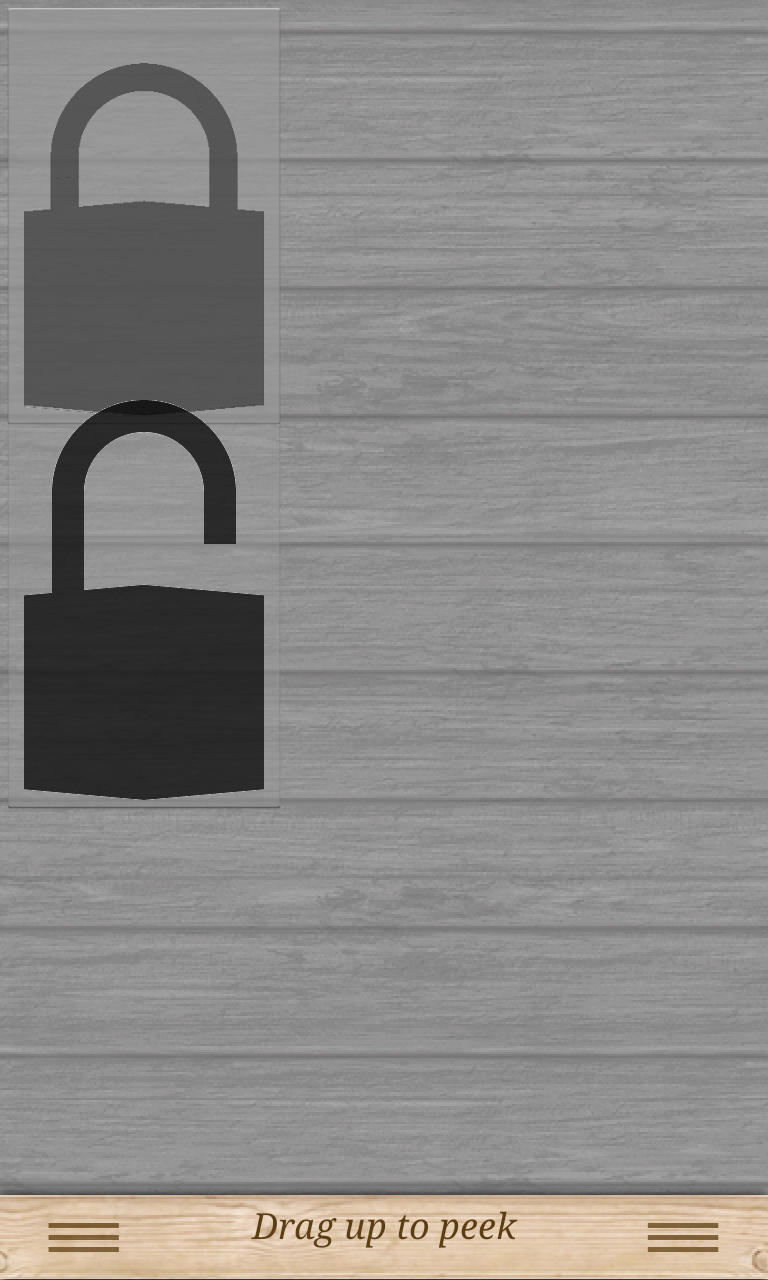
Repository: CrisFeo/JacksonPass
Layout: Android/Passwarp/res/layout/activity_main.xml
These files come from the project's save history. The layout is drawn as it stood at one moment and after the next save; the edit follows.
It is drawn on a 768 x 1280 px phone screen (xhdpi) without system bars, with theme AppTheme; the app's code is not run.

Above is the layout before, as saved 2012-09-16 00:05:00.

### Android/Passwarp/res/layout/activity_main.xml
<RelativeLayout xmlns:android="http://schemas.android.com/apk/res/android"
    xmlns:tools="http://schemas.android.com/tools"
    android:layout_width="match_parent"
    android:layout_height="match_parent"
    android:background="@drawable/backrepeat2" >

    <ImageButton
        android:id="@+id/imageButton1"
        android:layout_width="wrap_content"
        android:layout_height="wrap_content"
        android:src="@drawable/lock" />

    <ImageButton
        android:id="@+id/imageButton2"
        android:layout_width="wrap_content"
        android:layout_height="wrap_content"
        android:paddingTop="200dip"
        android:src="@drawable/unlock" />

    <SlidingDrawer
        android:id="@+id/slidingDrawer1"
        android:layout_width="match_parent"
        android:layout_height="match_parent"
        android:layout_alignParentTop="true"
        android:layout_centerHorizontal="true"
        android:bottomOffset="11dip"
        android:content="@+id/content"
        android:handle="@+id/handle" >

        <Button
            android:id="@+id/handle"
            android:layout_width="match_parent"
            android:layout_height="wrap_content"
            android:background="@drawable/tileable_wood_texture_2x_crop_h"
            android:paddingBottom="15dip"
            android:text="Drag up to peek"
            android:textColor="#5C3E15"
            android:textStyle="italic"
            android:typeface="serif" />

        <LinearLayout
            android:id="@+id/content"
            android:layout_width="match_parent"
            android:layout_height="109dp"
            android:orientation="vertical" >

            <TableLayout
                android:id="@+id/tablelayout"
                android:layout_width="match_parent"
                android:layout_height="match_parent"
                android:background="@drawable/backrepeat" >


            </TableLayout>
        </LinearLayout>
    </SlidingDrawer>

</RelativeLayout>

### Android/Passwarp/res/drawable-xhdpi/backrepeat2.xml
<bitmap xmlns:android="http://schemas.android.com/apk/res/android"
    android:dither="true"
    android:src="@drawable/dark_wood_2x_light"
    android:tileMode="repeat" />

### Android/Passwarp/res/drawable-xhdpi/backrepeat.xml
<bitmap xmlns:android="http://schemas.android.com/apk/res/android"
    android:dither="true"
    android:src="@drawable/tileable_wood_texture_2x"
    android:tileMode="repeat" />

Loaded but not shown: Android/Passwarp/res/values-v11/styles.xml (common file); Android/Passwarp/res/values-v14/styles.xml (common file); Android/Passwarp/res/values/styles.xml (common file)

After the next save:
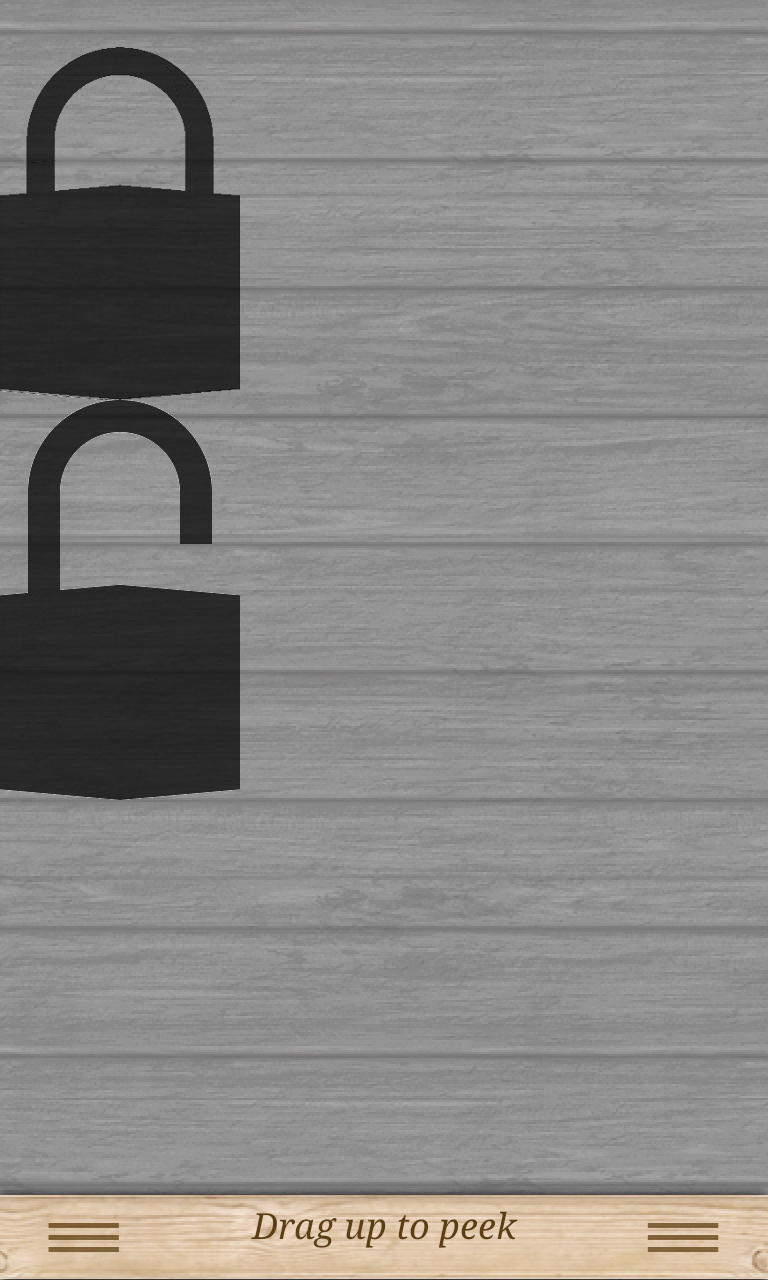
Saved 3 min 28 s later.
--- a/Android/Passwarp/res/layout/activity_main.xml
+++ b/Android/Passwarp/res/layout/activity_main.xml
@@ -4,13 +4,13 @@
     android:layout_height="match_parent"
     android:background="@drawable/backrepeat2" >
 
-    <ImageButton
+    <ImageView
         android:id="@+id/imageButton1"
         android:layout_width="wrap_content"
         android:layout_height="wrap_content"
         android:src="@drawable/lock" />
 
-    <ImageButton
+    <ImageView
         android:id="@+id/imageButton2"
         android:layout_width="wrap_content"
         android:layout_height="wrap_content"
